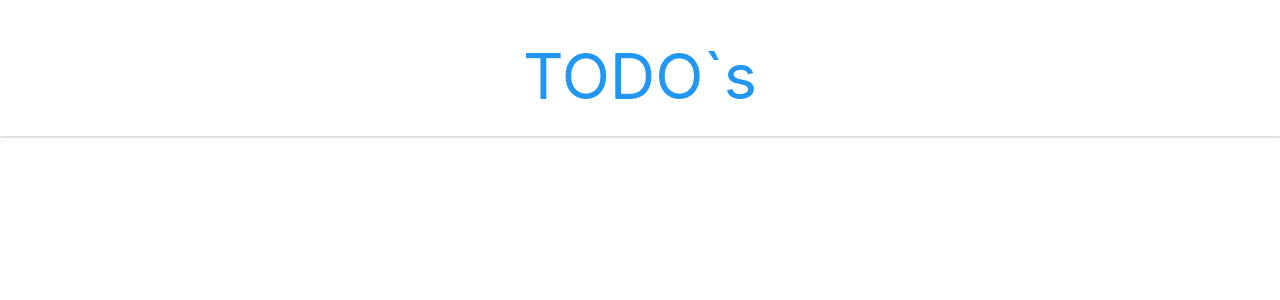
Repository: MateusGuedess/todoListRedux
Page: /
An editor plug-in stored every save of this project. The page is shown before and after the next save, followed by the edit.
The browser window is 1280 px wide. The pictures show the whole page.
The project was rebuilt for these pictures with package versions that can differ from the ones it lists, and the page was loaded fresh each time.

Above is the page before, as saved 2019-05-27 00:41:16.

After the next save:
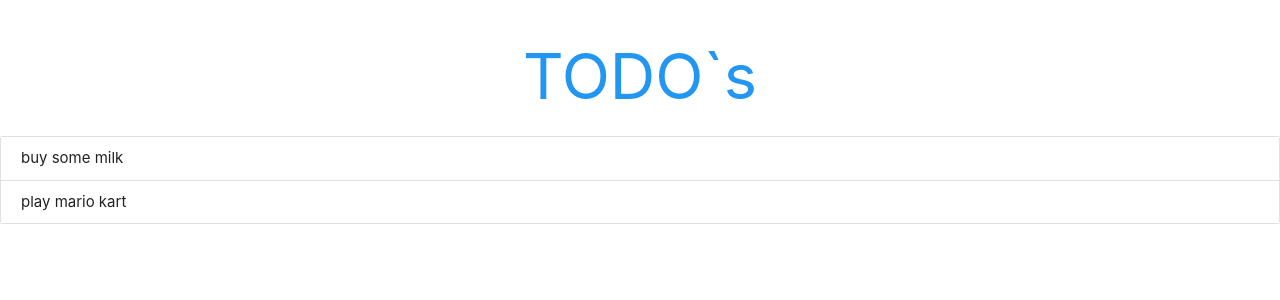
Saved 9 s later.
--- a/src/Todos.js
+++ b/src/Todos.js
@@ -18,7 +18,7 @@ const todoList = todos.length ? (
 
   return (
     <div className="todos collection">
-
+      {todoList}
     </div>
   );
 }
